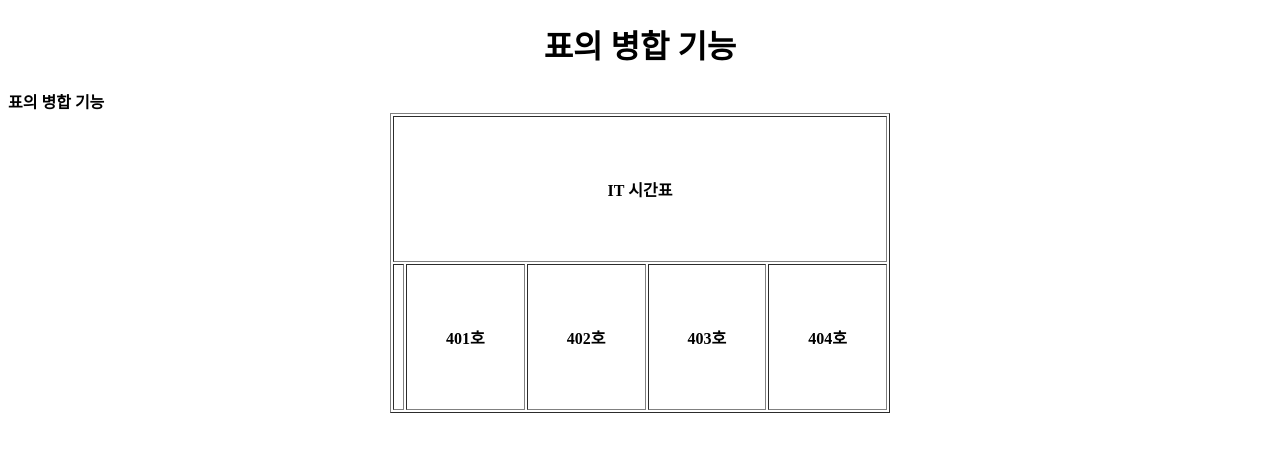
Repository: hui-Joo/html
Page: html/quiz.html
An editor plug-in stored every save of this project. The page is shown before and after the next save, followed by the edit.
The browser window is 1280 px wide. The pictures show the whole page.

Above is the page before, as saved 2021-10-04 06:00:48.

After the next save:
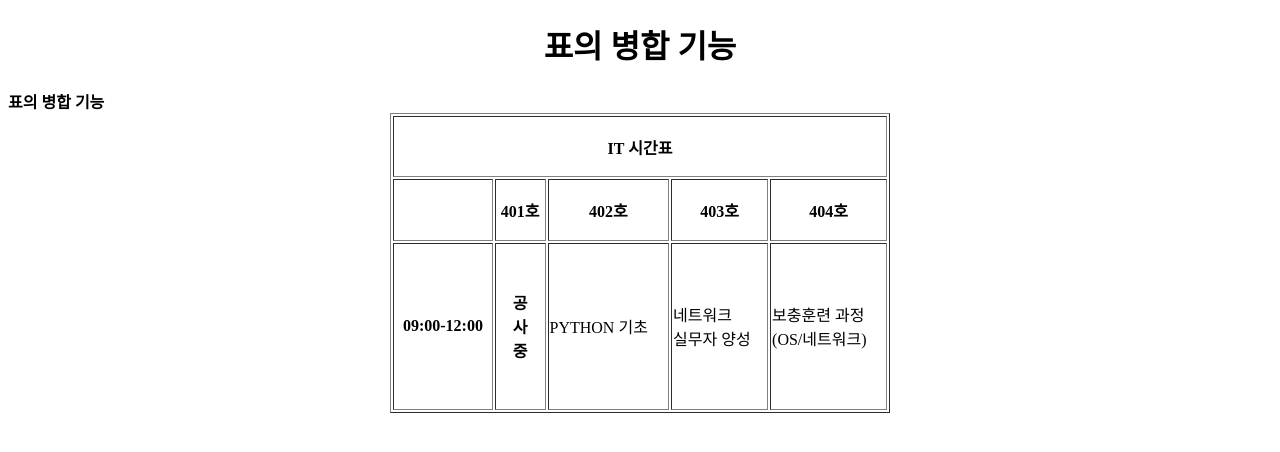
Saved 4 min 5 s later.
--- a/html/quiz.html
+++ b/html/quiz.html
@@ -16,6 +16,10 @@
 	</tr>
 	<tr>
 	<th></th> <th>401호</th><th>402호</th><th>403호</th><th>404호</th>
+	</tr>
+	<tr>
+	<th>09:00-12:00</th><th rowspan="4">공<br>사<br>중<br></th><td>PYTHON 기초</td><td rowspan="2">네트워크<br>실무자 양성</td><td>보충훈련 과정<br>(OS/네트워크)</td>
+	</tr>
 
 
 </table>
